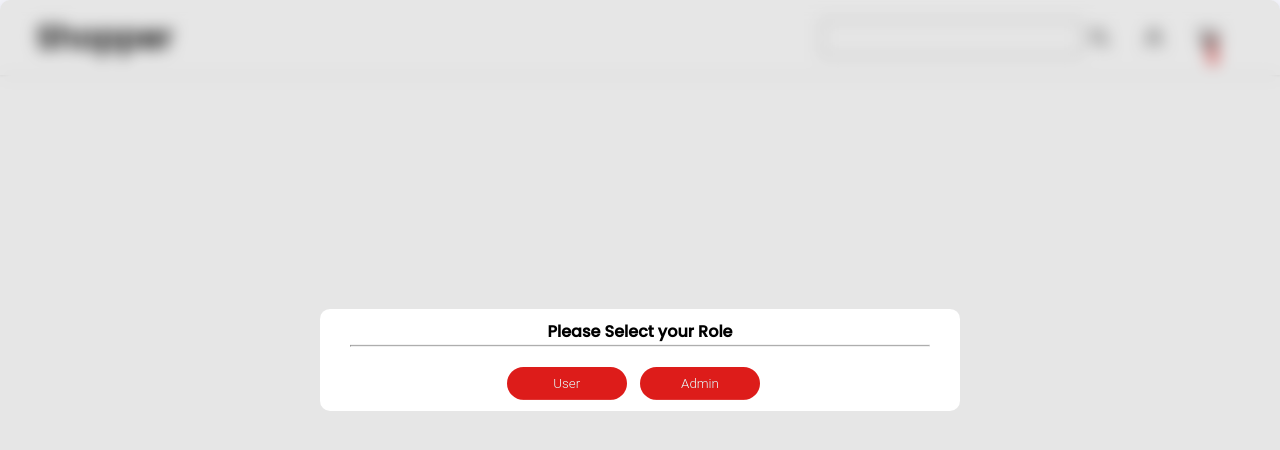
Repository: coolronts/aize-project
Page: /
The author's editor kept a copy of each file at every save. The page is drawn from the files as they stood at one save, then again after the next save.
The browser window is 1280 px wide. The pictures show the whole page.
The page's requests for data from a server got no answer. The project was rebuilt for these pictures with package versions that can differ from the ones it lists, and the page was loaded fresh each time. No one was signed in, and anything a server would have sent is missing. Also part of the build but not shown: src/App.css, src/pages/Cart/Cart.tsx, src/components/Card/Card.tsx, src/pages/Shop/shop.module.css.

Above is the page before, as saved 2021-09-14 04:06:09.

### src/index.css
* {
    line-height: 1.6;
}

h1 {
    font-size: 2em;
}

h2 {
    font-size: 1.5em;
}

h3 {
    font-size: 1.17em;
}

h4 {
    font-size: 1em;
}

### src/App.tsx
import React, { useState, useEffect } from 'react';
import {BrowserRouter,Switch,Route} from 'react-router-dom';
import './App.css';
import Header from "./components/Header/Header"
import Cart from "./pages/Cart/Cart"
import Shop from "./pages/Shop/Shop"
import Modal from "./components/Modal/Modal"
import {UserContextProvider} from './context/user'

const App: React.FunctionComponent = () => {
  const [id, setId] = useState<number|null>(null)
  const [products, setProducts] = useState<{id: number, quantity:number}[]>([])
  const addUser = (_id:number) =>{setId(_id)}
  const addProduct = (_id:number, _quantity:number) =>{
    setProducts(products.concat({id:_id, quantity:_quantity}))
  }
  const userContextValues ={Cart:{id,products},addUser,addProduct}

  return (
    <UserContextProvider value={userContextValues}>
      {id==null && <Modal/> }
      <BrowserRouter>
        <Header/>
        <Switch>
          <Route path="/" exact component={Shop}/>
          <Route path="/cart" exact component={Cart}/>
        </Switch>
      </BrowserRouter>
    </UserContextProvider>
  )
};

export default App;

### src/components/Header/Header.tsx
import React, {useEffect, useState} from 'react';
import styles from './header.module.css';
import Logo from '../Logo/Logo'

const Header: React.FunctionComponent = () => {

  return (
    <header>
      <div className={styles.logoContainer}>
        <h1>Shopper</h1>
      </div>
      <div className={styles.logoContainer}>
        <Logo logo={"search"}/>
        <Logo logo={"user"}/>
        <Logo logo={"cart"}/>
      </div>


    </header>
  )
}

export default Header

### src/pages/Shop/Shop.tsx
import React,{useState, useEffect} from 'react';
import Card from "../../components/Card/Card"
import {IProduct} from "../../interfaces"
import {Get} from "../../api/api"
import styles from './shop.module.css'


const Shop: React.FunctionComponent = () => {

  const [loading,setLoading] = useState<boolean>(false)
  const [list,setList] = useState<IProduct[]>([])
  const [isError,setIsError] = useState<boolean>(false)

  useEffect(()=>{
    setLoading(true)
    Get.getProducts()
    .then((response)=>{
      setList(response)
      setLoading(false)
    })
    .catch((error)=>setIsError(true))
  },[])

  return (
    <>
      {(!loading && !isError) && (
        <div className={styles.list}>
          {list.map((item,index)=>(
            <div  className={styles.card} key={index}>
              <Card product={item} />
            </div>
          ))}
        </div>
      )}
    </>
    )
  };

export default Shop;

### src/components/Modal/Modal.tsx
import React, { useContext } from 'react';
import styles from './modal.module.css'
import UserContext from '../../context/user'


const Modal: React.FunctionComponent = () => {
  const userContext = useContext(UserContext)
  return (
    <div className={styles.container}>
      <div className={styles.modal}>
        <h4>Please Select your Role</h4>
        <hr/>
        <button onClick={()=>{
          !userContext.Cart.id && userContext.addUser(Math.floor(Math.random() * 100))

          }}>
        User</button>
        <button>Admin</button>
      </div>
    </div>
  )
}

export default Modal

### src/context/user.ts
import { createContext } from "react";
import {IUserProp} from '../interfaces'
const UserContext = createContext<IUserProp>({Cart:{id:null,products:[]},addUser:(id:number)=>{}, addProduct:(id:number)=>{}})

export const UserContextConsumer = UserContext.Consumer;
export const UserContextProvider = UserContext.Provider;
export default UserContext;

### src/components/Header/header.module.css
header {
    box-shadow: 0 1px 3px 0 rgba(0, 0, 0, 0.1), 0 1px 2px 0 rgba(0, 0, 0, 0.06);
    padding: 12px 36px 12px 36px;
    display: flex;
    justify-content: space-between;
    align-items: center;
}

.logoContainer {
    display: flex;
}

### src/components/Logo/Logo.tsx
import React, {useContext} from 'react';
import { AiOutlineShoppingCart, AiOutlineUser, AiOutlineSearch } from 'react-icons/ai';
import styles from './logo.module.css';
import UserContext from '../../context/user'

const Logo: React.FunctionComponent<{logo:string}>= ({logo}) => {
  const userContext = useContext(UserContext)
  return (
    <>
      {logo==="cart" &&
      (<div className={styles.logoContainer}>
         <AiOutlineShoppingCart className={styles.icon}/>
         {userContext.Cart.products != null && (<p className={styles.badge}>{userContext.Cart.products.length}</p>)}
      </div>)}

      {logo==="user" &&
      (<div className={styles.logoContainer}>
         <AiOutlineUser className={styles.icon}/>
      </div>)}

      {logo==="search" &&
      (
       <>
       <input type="text" className={styles.searchBox}/>
       <div className={styles.logoContainer}>
         <AiOutlineSearch  className={styles.icon}/>
       </div>
      </>)}
    </>
  )
}

export default Logo

### src/pages/Cart/cart.module.css
.container {
    padding: 24px 124px 24px 124px;
    display: flex;
}

strong {
    font-weight: 600;
}

.shoppingBag {
    width: 60%;
    padding: 12px 24px 12px 24px;
}

.signInContainer {
    margin-bottom: 12px;
    margin-top: 12px;
    display: flex;
    align-items: center;
    justify-content: space-between;
}

.cart {
    padding-top: 46px;
}

.product {
    display: flex;
}

.productInfo {
    height: inherit;
    display: flex;
    flex-direction: column;
    justify-content: space-between;
    margin-right: 20px;
}

.productSummary {
    margin-left: 20px;
    display: flex;
    flex-direction: column;
    justify-content: center;
    width: 100%;
    text-align: center;
}

.buttonContainer {
    margin-top: 24px;
    display: flex;
    justify-content: center;
}

button {
    cursor: pointer;
    width: 120px;
    background-color: #dd1c1a;
    display: inline-block;
    padding: 0.3em 1.2em;
    margin: 0 1em 0.1em 0;
    border: 0.16em solid rgba(255, 255, 255, 0);
    border-radius: 2em;
    box-sizing: border-box;
    text-decoration: none;
    font-family: 'Roboto', sans-serif;
    font-weight: 300;
    color: white;
    text-shadow: 0 0.04em 0.04em rgba(0, 0, 0, 0.35);
    text-align: center;
    transition: all 0.2s;
}

button:hover {
    border-color: rgba(255, 255, 255, 1);
}

.orderSummary {
    padding: 12px 24px 12px 24px;
    width: 100%;
}

.promoCode {
    display: flex;
    margin-top: 20px;
    margin-bottom: 20px;
    border: 2px solid #dd1c1a;
    padding: 12px 12px 12px 12px;
    width: 100%;
    text-align: center;
}

.price {
    display: flex;
    justify-content: space-between;
    margin-bottom: 20px;
}

.PayButtonContainer>button {
    margin-top: 20px;
    width: 100%;
}

### src/api/api.ts
import axios, {AxiosResponse} from 'axios';
import {IProduct, UserType} from '../interfaces'

const instance = axios.create({
  baseURL: 'http://localhost:8080',
  timeout: 15000,
});

const responseBody = (response: AxiosResponse) => response.data;

const requests = {
	get: (url: string) => instance.get(url).then(responseBody),
};


export const Get={
  getProducts: (): Promise<IProduct[]> => requests.get('products'),
  getUserCart: (id:number): Promise<UserType> => requests.get('users/'+ id)
}

### src/components/Modal/modal.module.css
.container {
    width: 100%;
    height: 100%;
    position: fixed;
    background: rgba( 155, 155, 155, 0.25);
    box-shadow: 0 8px 32px 0 rgba( 31, 38, 135, 0.37);
    backdrop-filter: blur( 8px);
    -webkit-backdrop-filter: blur( 8px);
    border-radius: 10px;
    z-index: 20;
}

.modal {
    text-align: center;
    background-color: white;
    border-radius: 10px;
    padding: 10px 30px 10px 30px;
    width: 50%;
    position: absolute;
    top: 50%;
    left: 50%;
    transform: translate(-50%, -50%);
}

button {
    margin-top: 20px;
}

### src/components/Logo/logo.module.css
.logoContainer {
    position: relative;
    cursor: pointer;
    border-radius: 18px;
    padding: 18px;
    z-index: 1;
    margin-right: 18px;
}

.logoContainer:hover {
    box-shadow: 0 5px 10px rgba(146, 61, 36, 0.05), 0 15px 40px rgba(165, 83, 63, 0.2);
}

.icon {
    position: absolute;
    font-size: 24px;
    color: black;
    z-index: 5;
    top: 0;
    bottom: 0;
    left: 0;
    right: 0;
    margin: auto auto auto auto;
}

.badge {
    position: absolute;
    background-color: #dd1c1a;
    color: white;
    font-weight: bold;
    top: -10;
}

### src/components/Card/card.module.css
            @import url('https://fonts.googleapis.com/css2?family=Poppins:wght@300;400;500&display=swap');
            * {
                margin: 0;
                padding: 0;
                box-sizing: border-box;
                font-family: 'Poppins', sans-serif;
            }

            .active {
                color: crimson;
                box-shadow: 0 5px 10px rgba(146, 61, 36, 0.05), 0 15px 40px rgba(165, 83, 63, 0.2);
            }

            .container {
                overflow: hidden;
                position: relative;
                display: flex;
                flex-direction: column;
                justify-content: space-between;
                cursor: pointer;
                height: 360px;
                padding: 25px;
                background: #fff;
                max-width: 260px;
                border-radius: 20px;
                margin: 10px auto;
                box-shadow: 0 5px 10px rgba(154, 160, 185, .05), 0 15px 40px rgba(166, 173, 201, .2);
            }

            .discount {
                position: absolute;
                background-color: #dd1c1a;
                font-weight: bold;
                font-size: 14px;
                color: white;
                padding-left: 20px;
                padding-top: 24px;
                height: 65px;
                width: 65px;
                border-radius: 50%;
                left: -10px;
                top: -15px;
                box-shadow: 0 5px 10px rgba(146, 61, 36, 0.05), 0 15px 40px rgba(165, 83, 63, 0.2);
            }

            .imageContainer {
                text-align: center;
            }

            img {
                width: 100px;
            }

            .name {
                font-weight: bold;
                text-align: center;
                margin-top: 5px;
                margin-bottom: 5px;
                height: 60px;
            }

            .description {
                font-weight: 500;
                font-size: 12px;
                text-align: justify;
                margin-top: 5px;
                margin-bottom: 10px;
                line-height: normal;
                white-space: pre-wrap;
                overflow: hidden;
                text-overflow: ellipsis;
                height: 80px;
            }

            .price {
                text-align: center;
                font-weight: bolder;
                color: #dd1c1a;
                margin-bottom: 10px;
            }

            .buttonContainer {
                display: flex;
                justify-content: space-around;
            }

            .buttonContainer>button {
                cursor: pointer;
                width: 120px;
                background-color: #dd1c1a;
                display: inline-block;
                padding: 0.3em 1.2em;
                margin: 0 0.1em 0.1em 0;
                border: 0.16em solid rgba(255, 255, 255, 0);
                border-radius: 2em;
                box-sizing: border-box;
                text-decoration: none;
                font-family: 'Roboto', sans-serif;
                font-weight: 300;
                color: white;
                text-shadow: 0 0.04em 0.04em rgba(0, 0, 0, 0.35);
                text-align: center;
                transition: all 0.2s;
            }

            .buttonContainer>button:hover {
                border-color: rgba(255, 255, 255, 1);
            }

Loaded but not shown: public/index.html (common file); src/index.tsx (common file)

After the next save:
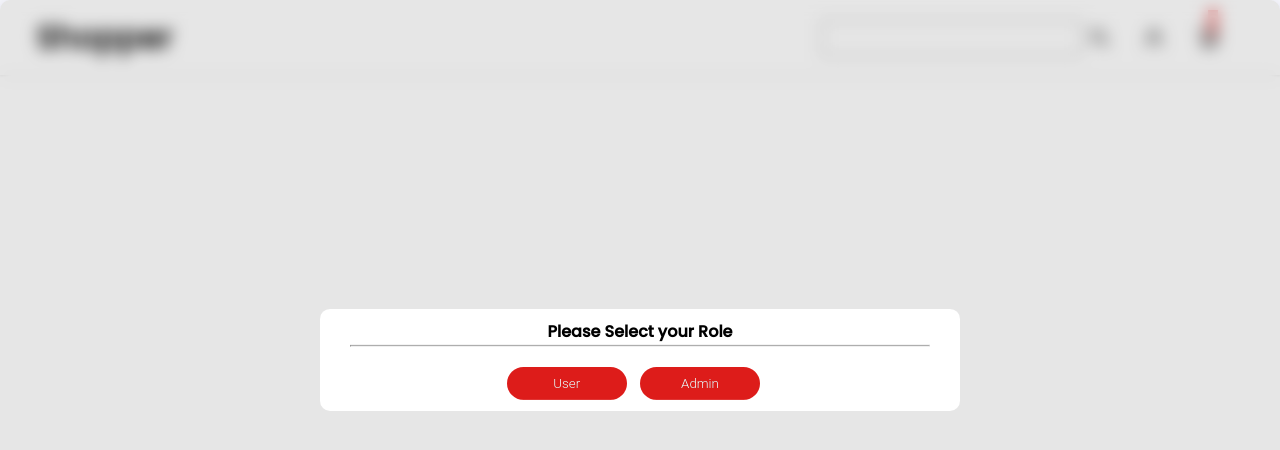
Saved 4 s later.
--- a/src/components/Logo/logo.module.css
+++ b/src/components/Logo/logo.module.css
@@ -28,5 +28,5 @@
     background-color: #dd1c1a;
     color: white;
     font-weight: bold;
-    top: -10;
+    top: -10px;
 }
